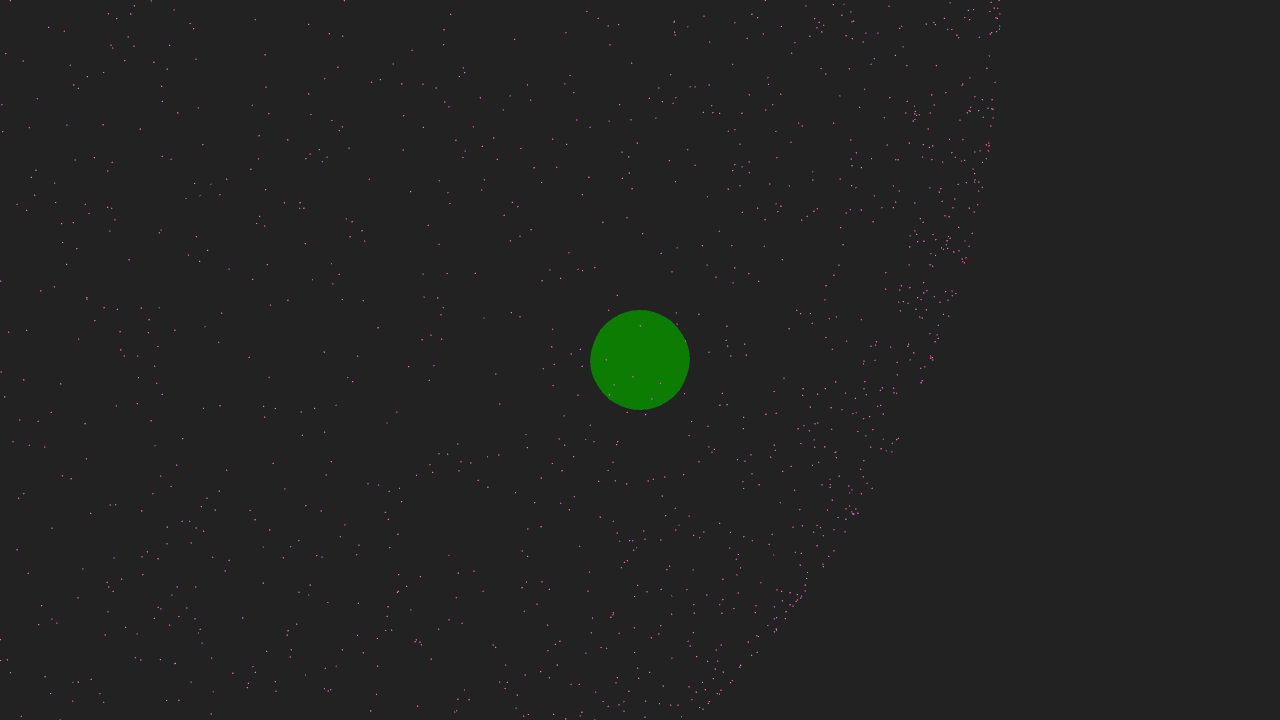
Repository: ZakariaZhlat125/multiple3dWindow
Page: index.html
These files come from the project's save history. The page is drawn as it stood at one moment and after the next save; the edit follows.
The browser window is 1280 px wide. The pictures show the whole page.

Above is the page before, as saved 2023-12-03 22:39:44.

### main.js
import WindowManager from "./WindowManager.js";

const t = THREE;
let camera, scene, renderer, world;
let near, far;
let pixR = window.devicePixelRatio ? window.devicePixelRatio : 1;
let balls = [];
let starsGroup;
let sceneOffsetTarget = { x: 0, y: 0 };
let sceneOffset = { x: 0, y: 0 };

let today = new Date();

today.setHours(0);
today.setMinutes(0);
today.setSeconds(0);
today.setMilliseconds(0);
today = today.getTime();

let internalTime = getTime();
let windowManager;
let initialized = false;

// get time in seconds since beginning of the day (so that all windows use the same time)
function getTime() {
  return (new Date().getTime() - today) / 1000.0;
}

if (new URLSearchParams(window.location.search).get("clear")) {
  localStorage.clear();
} else {
  // this code is essential to circumvent that some browsers preload the content of some pages before you actually hit the url
  document.addEventListener("visibilitychange", () => {
    if (document.visibilityState != "hidden" && !initialized) {
      init();
    }
  });

  window.onload = () => {
    if (document.visibilityState != "hidden") {
      init();
    }
  };

  function init() {
    initialized = true;

    // add a short timeout because window.offsetX reports wrong values before a short period
    setTimeout(() => {
      setupScene();
      setupWindowManager();
      resize();
      updateWindowShape(false);
      render();
      window.addEventListener("resize", resize);
      changeBallColors();
      createStars();
      setInterval(updateStarsPosition, 4000); // Update stars' positions every 4 seconds
    }, 500);
  }

  function setupScene() {
    camera = new t.OrthographicCamera(
      0,
      0,
      window.innerWidth,
      window.innerHeight,
      -10000,
      10000
    );

    camera.position.z = 2.5;
    near = camera.position.z - 0.5;
    far = camera.position.z + 0.5;

    scene = new t.Scene();
    scene.background = new t.Color(0x222222);
    scene.add(camera);

    renderer = new t.WebGLRenderer({ antialias: true, depthBuffer: true });
    renderer.setPixelRatio(pixR);
	starsGroup = new t.Group();
	scene.add(starsGroup);
    world = new t.Object3D();
    scene.add(world);

    renderer.domElement.setAttribute("id", "scene");
    document.body.appendChild(renderer.domElement);
  }

  function setupWindowManager() {
    windowManager = new WindowManager();
    windowManager.setWinShapeChangeCallback(updateWindowShape);
    windowManager.setWinChangeCallback(windowsUpdated);

    let metaData = { foo: "bar" };

    windowManager.init(metaData);

    windowsUpdated();
  }

  function windowsUpdated() {
    updateBalls();
  }

  function updateBalls() {
    let wins = windowManager.getWindows();

    balls.forEach((c) => {
      world.remove(c);
    });

    balls = [];

    for (let i = 0; i < wins.length; i++) {
      let win = wins[i];
      let c = new t.Color();
      c.setHSL(i * 0.1, 1.0, 0.5);
      let radius = 50 + i * 20;
      let segments = 16;
      let geometry = new t.SphereGeometry(radius, segments, segments);
      let material = new t.MeshBasicMaterial({ color: c });
      let ball = new t.Mesh(geometry, material);

      ball.position.x = win.shape.x + win.shape.w * 0.5;
      ball.position.y = win.shape.y + win.shape.h * 0.5;

      world.add(ball);
      balls.push(ball);
    }
  }

  function updateWindowShape(easing = true) {
    sceneOffsetTarget = { x: -window.screenX, y: -window.screenY };
    if (!easing) sceneOffset = sceneOffsetTarget;
  }

  function render() {
    let t = getTime();

    windowManager.update();

    let falloff = 0.05;
    sceneOffset.x =
      sceneOffset.x + (sceneOffsetTarget.x - sceneOffset.x) * falloff;
    sceneOffset.y =
      sceneOffset.y + (sceneOffsetTarget.y - sceneOffset.y) * falloff;

    world.position.x = sceneOffset.x;
    world.position.y = sceneOffset.y;

    let wins = windowManager.getWindows();

    for (let i = 0; i < balls.length; i++) {
      let ball = balls[i];
      let win = wins[i];
      let _t = t;

      let posTarget = {
        x: win.shape.x + win.shape.w * 0.5,
        y: win.shape.y + win.shape.h * 0.5,
      };

      ball.position.x =
        ball.position.x + (posTarget.x - ball.position.x) * falloff;
      ball.position.y =
        ball.position.y + (posTarget.y - ball.position.y) * falloff;
      ball.rotation.x = _t * 0.5;
      ball.rotation.y = _t * 0.3;
    }
	starsGroup.rotation.x -= 0.0005;
	starsGroup.rotation.y -= 0.0008;
    renderer.render(scene, camera);
    requestAnimationFrame(render);
  }

  function changeBallColors() {
    setInterval(() => {
      balls.forEach((ball) => {
        const randomColor = Math.random() * 0xffffff;
        ball.material.color.setHex(randomColor);
      });
    }, 2000);
  }

  function createStars() {
    const sphere = new Float32Array(20000);
    const { radius } = { radius: 1000 };

    for (let i = 0; i < sphere.length; i += 3) {
      const [x, y, z] = randomInSphere(radius);
      sphere[i] = x;
      sphere[i + 1] = y;
      sphere[i + 2] = z;
    }

    const geometry = new t.BufferGeometry();
    geometry.setAttribute("position", new t.BufferAttribute(sphere, 3));

    const material = new t.PointsMaterial({
      transparent: true,
      color: 0xf272c8,
      size: 1.2,
      sizeAttenuation: true,
      depthWrite: false,
    });

    const points = new t.Points(geometry, material);
    starsGroup.add(points);
  }

  function randomInSphere(radius) {
    const u = Math.random();
    const v = Math.random();
    const theta = 2 * Math.PI * u;
    const phi = Math.acos(2 * v - 1);
    const x = radius * Math.sin(phi) * Math.cos(theta);
    const y = radius * Math.sin(phi) * Math.sin(theta);
    const z = radius * Math.cos(phi);
    return [x, y, z];
  }

  function resize() {
    let width = window.innerWidth;
    let height = window.innerHeight;

    camera = new t.OrthographicCamera(0, width, 0, height, -10000, 10000);
    camera.updateProjectionMatrix();
    renderer.setSize(width, height);
  }

  function updateStarsPosition() {
	starsGroup.remove(starsGroup.children[0]); // Remove the previous stars from starsGroup
	createStars();
  }
}

### WindowManager.js
class WindowManager
{
	#windows;
	#count;
	#id;
	#winData;
	#winShapeChangeCallback;
	#winChangeCallback;

	constructor ()
	{
		let that = this;

		// event listener for when localStorage is changed from another window
		addEventListener("storage", (event) =>
		{
			if (event.key == "windows")
			{
				let newWindows = JSON.parse(event.newValue);
				let winChange = that.#didWindowsChange(that.#windows, newWindows);

				that.#windows = newWindows;

				if (winChange)
				{
					if (that.#winChangeCallback) that.#winChangeCallback();
				}
			}
		});

		// event listener for when current window is about to ble closed
		window.addEventListener('beforeunload', function (e)
		{
			let index = that.getWindowIndexFromId(that.#id);

			//remove this window from the list and update local storage
			that.#windows.splice(index, 1);
			that.updateWindowsLocalStorage();
		});
	}

	// check if theres any changes to the window list
	#didWindowsChange (pWins, nWins)
	{
		if (pWins.length != nWins.length)
		{
			return true;
		}
		else
		{
			let c = false;

			for (let i = 0; i < pWins.length; i++)
			{
				if (pWins[i].id != nWins[i].id) c = true;
			}

			return c;
		}
	}

	// initiate current window (add metadata for custom data to store with each window instance)
	init (metaData)
	{
		this.#windows = JSON.parse(localStorage.getItem("windows")) || [];
		this.#count= localStorage.getItem("count") || 0;
		this.#count++;

		this.#id = this.#count;
		let shape = this.getWinShape();
		this.#winData = {id: this.#id, shape: shape, metaData: metaData};
		this.#windows.push(this.#winData);

		localStorage.setItem("count", this.#count);
		this.updateWindowsLocalStorage();
	}

	getWinShape ()
	{
		let shape = {x: window.screenLeft, y: window.screenTop, w: window.innerWidth, h: window.innerHeight};
		return shape;
	}

	getWindowIndexFromId (id)
	{
		let index = -1;

		for (let i = 0; i < this.#windows.length; i++)
		{
			if (this.#windows[i].id == id) index = i;
		}

		return index;
	}

	updateWindowsLocalStorage ()
	{
		localStorage.setItem("windows", JSON.stringify(this.#windows));
	}

	update ()
	{
		//console.log(step);
		let winShape = this.getWinShape();

		//console.log(winShape.x, winShape.y);

		if (winShape.x != this.#winData.shape.x ||
			winShape.y != this.#winData.shape.y ||
			winShape.w != this.#winData.shape.w ||
			winShape.h != this.#winData.shape.h)
		{

			this.#winData.shape = winShape;

			let index = this.getWindowIndexFromId(this.#id);
			this.#windows[index].shape = winShape;

			//console.log(windows);
			if (this.#winShapeChangeCallback) this.#winShapeChangeCallback();
			this.updateWindowsLocalStorage();
		}
	}

	setWinShapeChangeCallback (callback)
	{
		this.#winShapeChangeCallback = callback;
	}

	setWinChangeCallback (callback)
	{
		this.#winChangeCallback = callback;
	}

	getWindows ()
	{
		return this.#windows;
	}

	getThisWindowData ()
	{
		return this.#winData;
	}

	getThisWindowID ()
	{
		return this.#id;
	}
}

export default WindowManager;

Loaded but not shown: index.html (common file); three.r124.min.js (library)

After the next save:
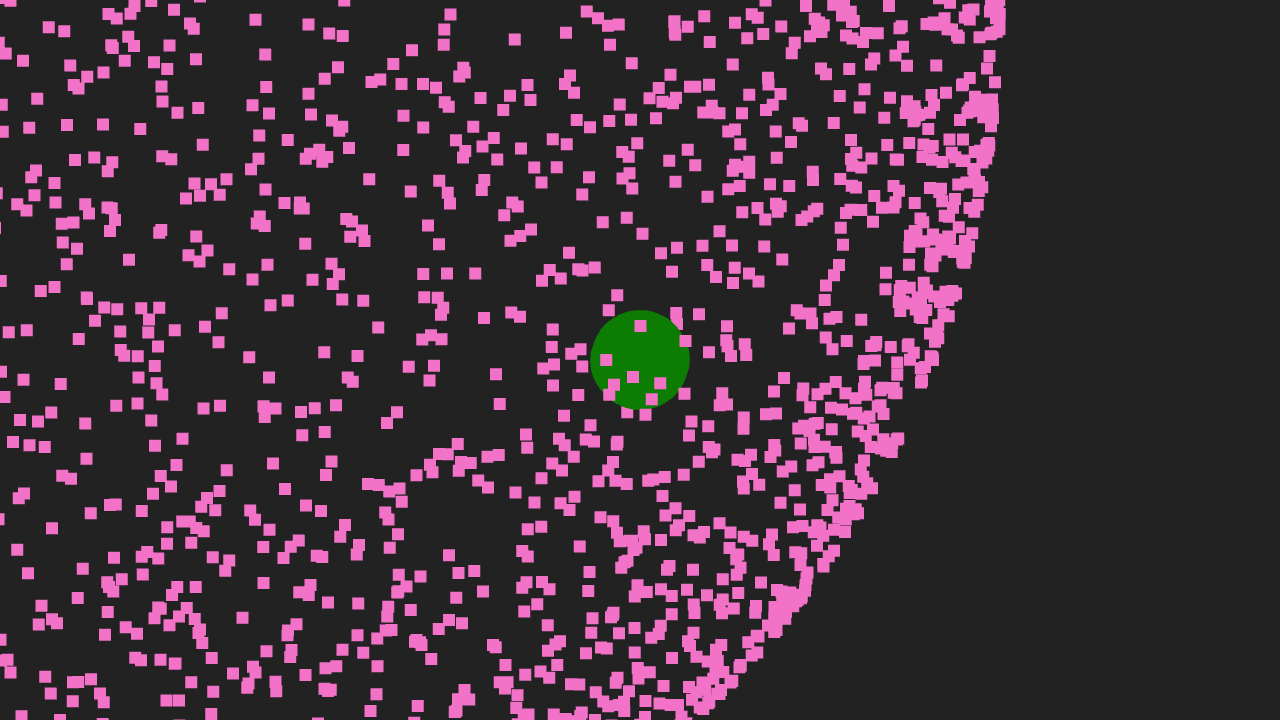
Saved 8 s later.
--- a/main.js
+++ b/main.js
@@ -201,7 +201,7 @@ if (new URLSearchParams(window.location.search).get("clear")) {
     const material = new t.PointsMaterial({
       transparent: true,
       color: 0xf272c8,
-      size: 1.2,
+      size: 12,
       sizeAttenuation: true,
       depthWrite: false,
     });
